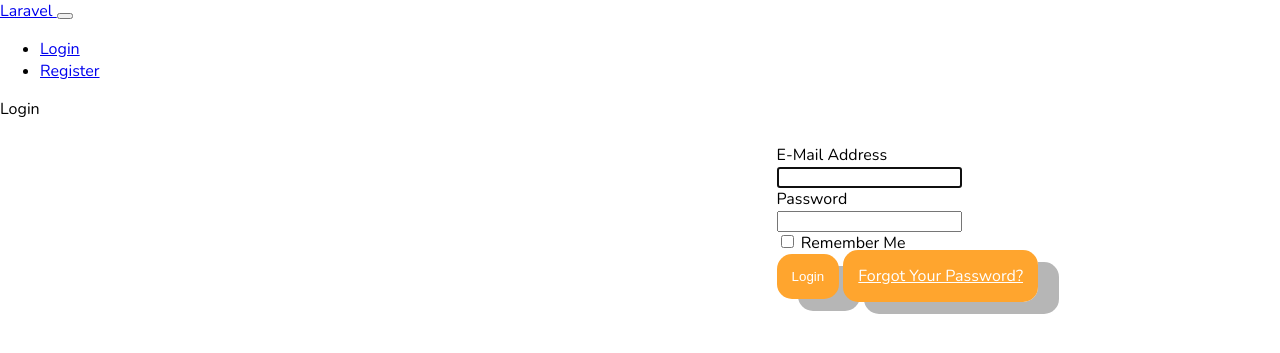
Repository: PatryxB/libraryBook
Page: http://localhost/login
An editor plug-in stored every save of this project. The page is shown before and after the next save, followed by the edit.
The browser window is 1280 px wide. The pictures show the whole page.
The page is served by the project's Laravel application, run on PHP 8.4 with Laravel 8. Style sheets and scripts are compiled from the project's sources, by tool versions that may differ from the author's.

Above is the page before, as saved 2020-05-14 13:48:44.

After the next save:
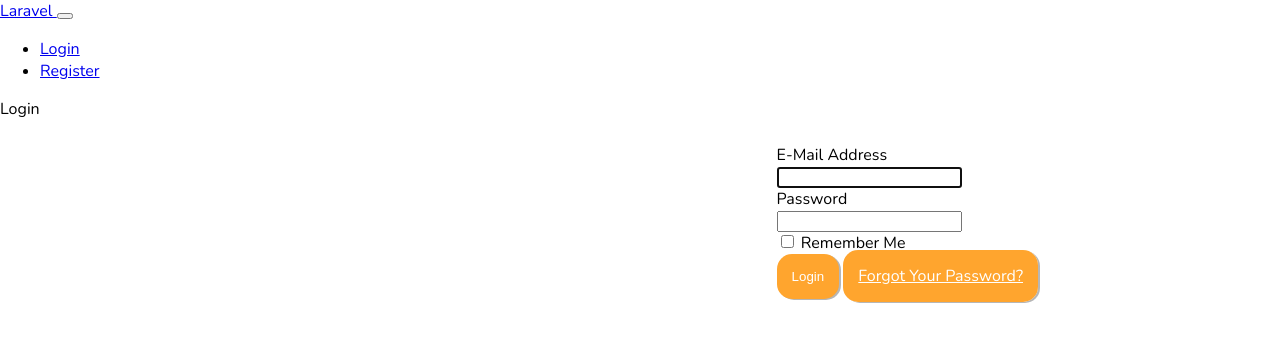
Saved 12 s later.
--- a/resources/sass/app.scss
+++ b/resources/sass/app.scss
@@ -39,7 +39,7 @@ form{
     padding: 15px;
     border-radius: 15px;
     cursor: pointer;
-    box-shadow: 21px 12px rgb(182, 182, 182);
+    box-shadow: 2px 1px rgb(182, 182, 182);
 }
 .btn:hover{
     background-color: white;
